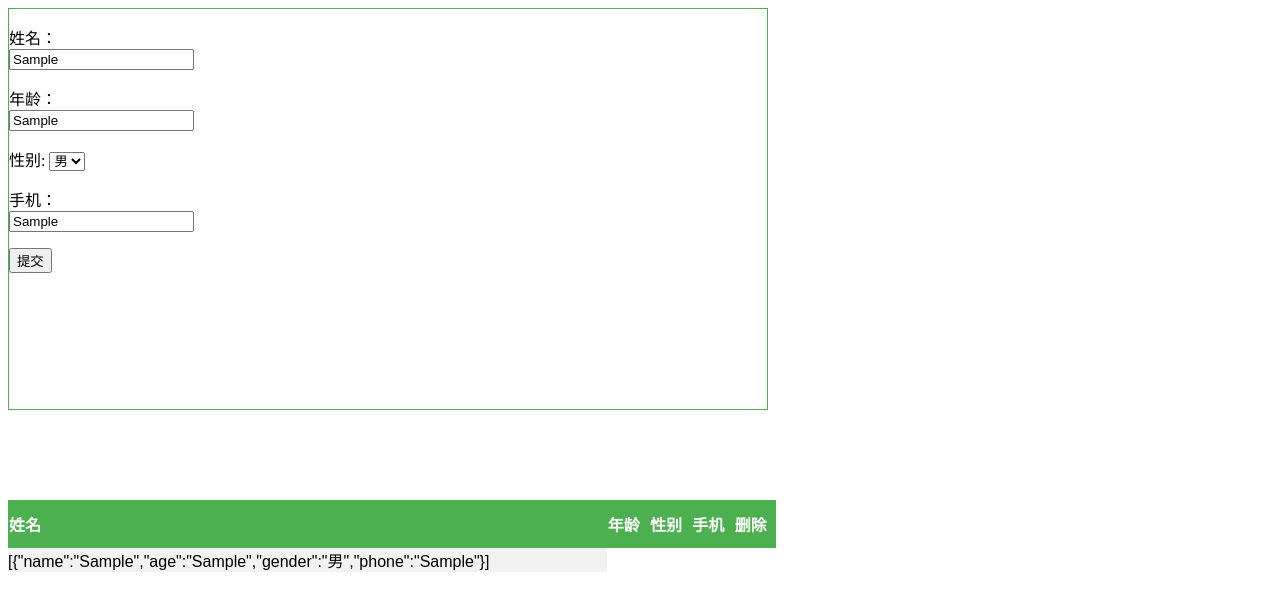
Repository: 1404413577/jsdemo
Page: small-demo/录入信息.html
The author's editor kept a copy of each file at every save. The page is drawn from the files as they stood at one save, then again after the next save.
The browser window is 1280 px wide. The pictures show the whole page.
Empty fields were first filled with sample values (such as "Sample", 5 or name@example.com).
After loading, the first visible `#btn` was clicked once.

Above is the page before, as saved 2022-11-20 16:22:30.

After the next save:
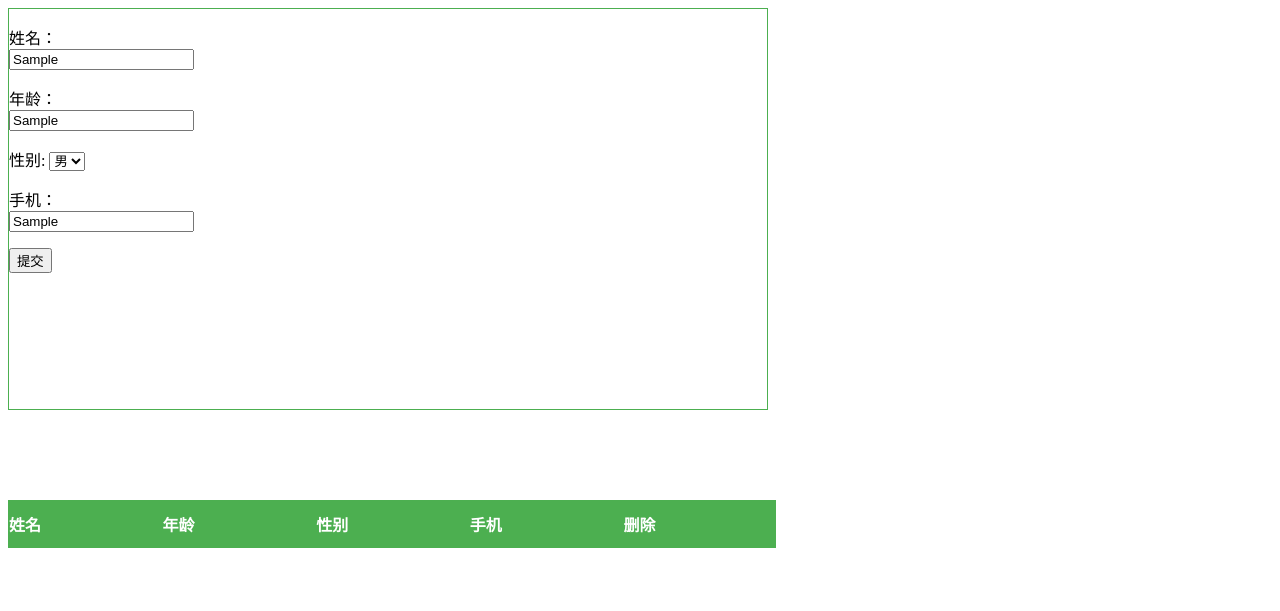
Console error (its wording comes from the project's code and is left out).
Saved 28 s later.
--- a/small-demo/录入信息.html
+++ b/small-demo/录入信息.html
@@ -97,7 +97,7 @@
         let obj = { name: input[0].value, age: input[1].value, gender: gender.value, phone: input[2].value }
         staus.push(obj)
         console.log(staus)
-        customers.innerText = JSON.stringify(staus)
+        customers.innerText = JSON.parse(staus)
     }
 
 
